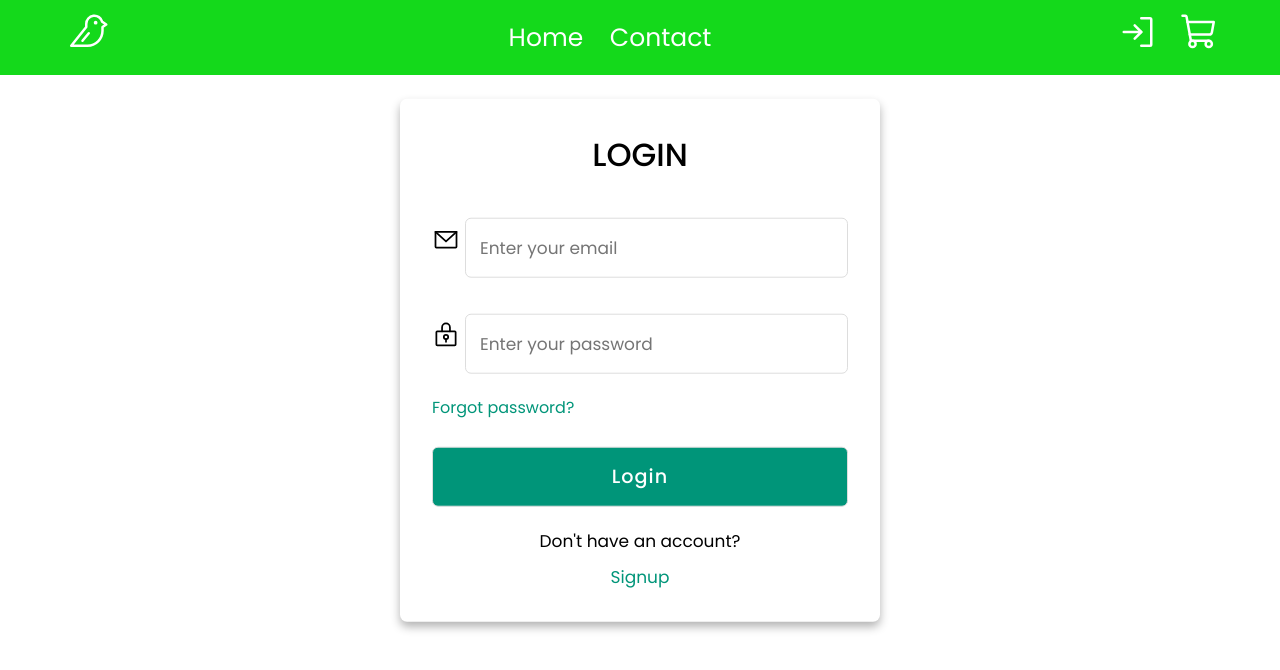
Repository: hoangdanh2/swp301
Page: /register
An editor plug-in stored every save of this project. The page is shown before and after the next save, followed by the edit.
The browser window is 1280 px wide. The pictures show the whole page.
The project was rebuilt for these pictures with package versions that can differ from the ones it lists, and the page was loaded fresh each time. Also part of the build but not shown: src/pages/shop/product.jsx, src/pages/shop/shop.css, src/pages/shop/shop.jsx, src/pages/contact/contact.jsx, src/pages/cart/cart-item.jsx, src/pages/cart/cart.css, src/pages/cart/cart.jsx.

Above is the page before, as saved 2023-05-29 13:21:00.

After the next save:
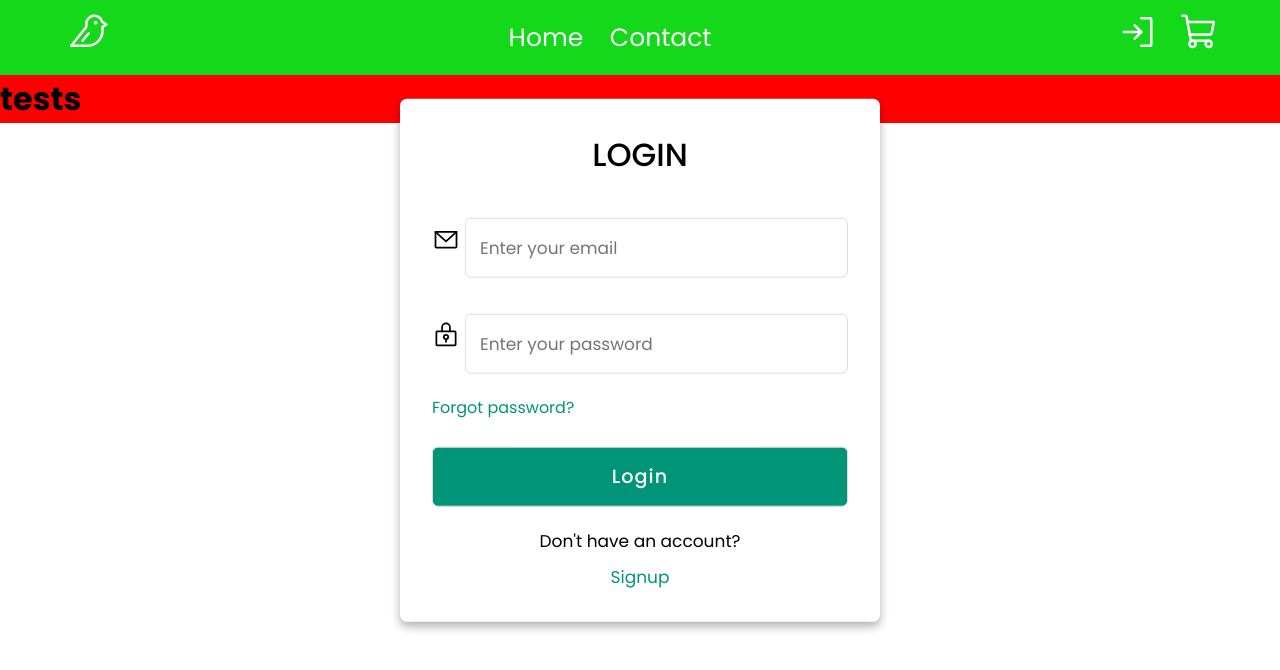
Saved 97 s later.
--- a/src/pages/register/register.jsx
+++ b/src/pages/register/register.jsx
@@ -5,8 +5,8 @@ import "./register.css";
 export const Register = () => {
   return (
     <div className="images">
+    <h1>tests</h1>
     <div className="container">
-
     <input type="checkbox" id="check"></input>
     <div className="login form">
       <header>LOGIN</header>
